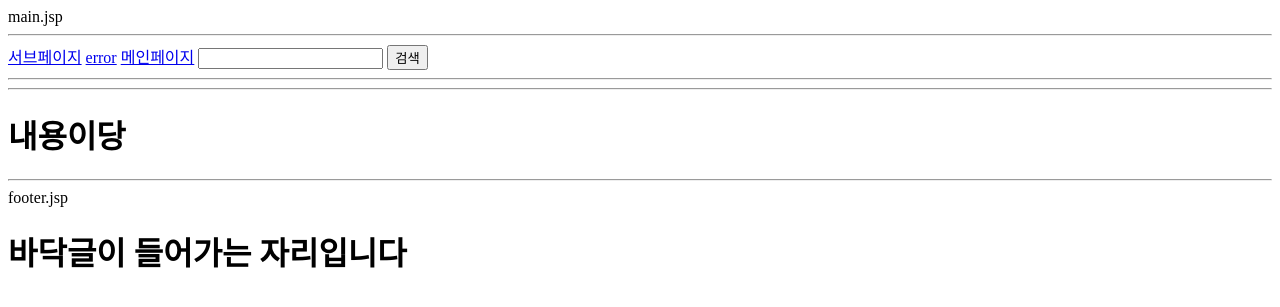
Repository: ryu1917/jsp
Page: http://localhost/jsp02/main.jsp
The author's editor kept a copy of each file at every save. The page is drawn from the files as they stood at one save, then again after the next save.
The browser window is 1280 px wide. The pictures show the whole page.
The page is served by Tomcat 9.

Above is the page before, as saved 2021-04-21 08:22:56.

After the next save:
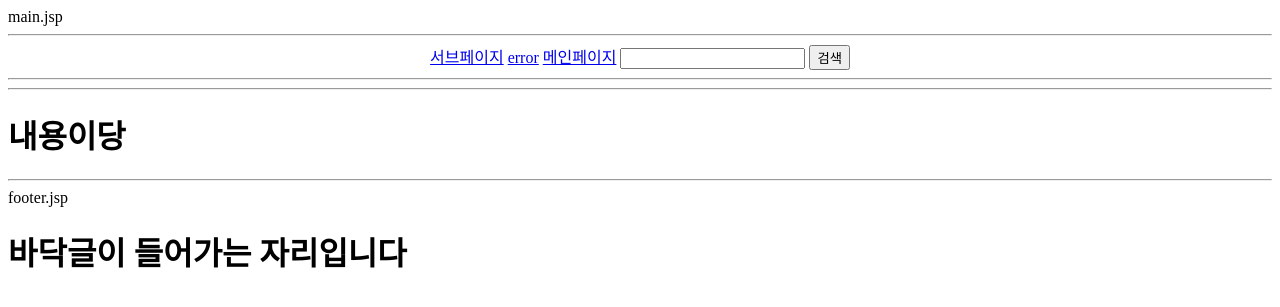
Saved 41 s later.
--- a/workspace/jsp02/src/main/webapp/link.jsp
+++ b/workspace/jsp02/src/main/webapp/link.jsp
@@ -6,11 +6,13 @@
 <meta charset="UTF-8">
 <title>Insert title here</title>
 </head>
-<body>
+<body >
+<div align="center">
 <a href="sub.jsp">서브페이지</a>
 <a href="error/error.jsp">error</a>
 <a href="main.jsp">메인페이지</a>
 <input type="text">
 <button>검색</button>
+</div>
 </body>
 </html>
